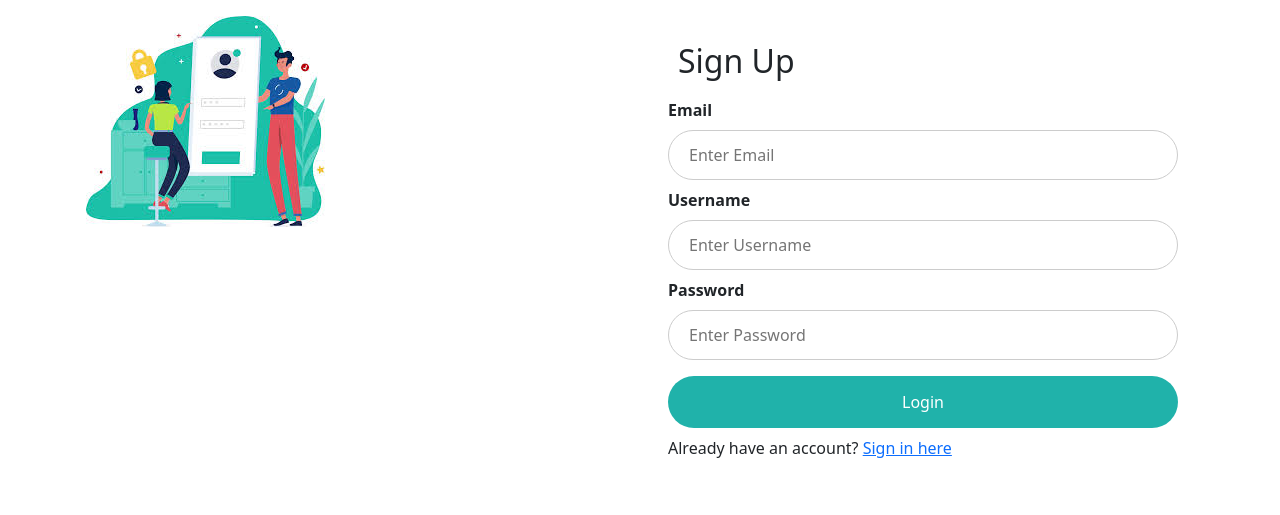
Repository: Sadia-Naveed-Shaikh/JavaScript-Website
Page: SignUp.html
The author's editor kept a copy of each file at every save. The page is drawn from the files as they stood at one save, then again after the next save.
The browser window is 1280 px wide. The pictures show the whole page.

Above is the page before, as saved 2021-10-27 15:03:05.

After the next save:
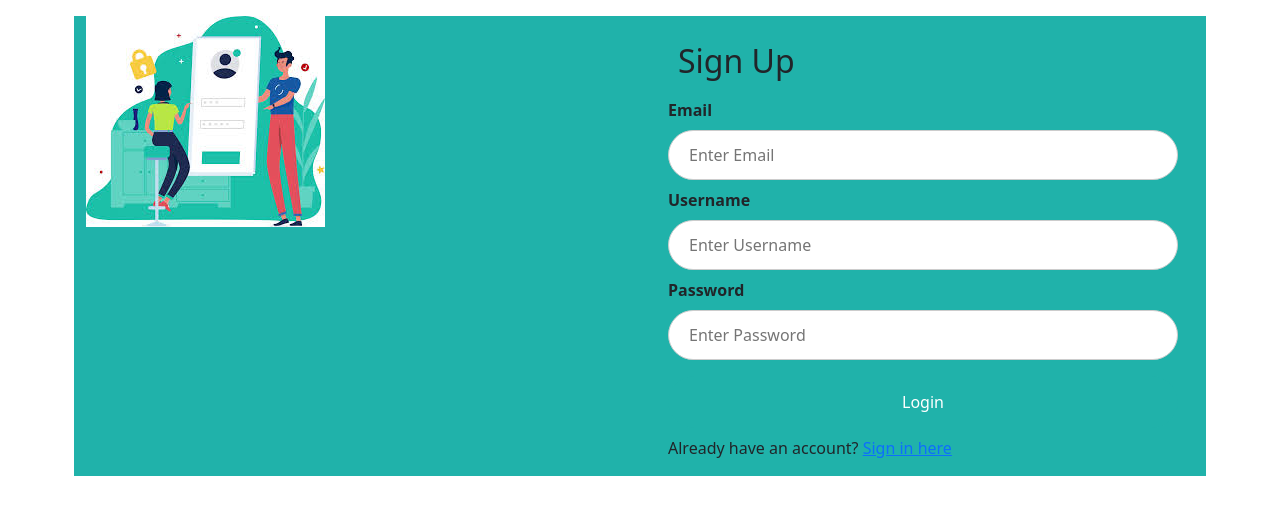
Saved 5 s later.
--- a/SignUp.html
+++ b/SignUp.html
@@ -62,7 +62,7 @@
             padding: 16px;
         }
         .row{
-
+            background-color: #20b2aa;
         }
     </style>
 </head>

After the save that followed:
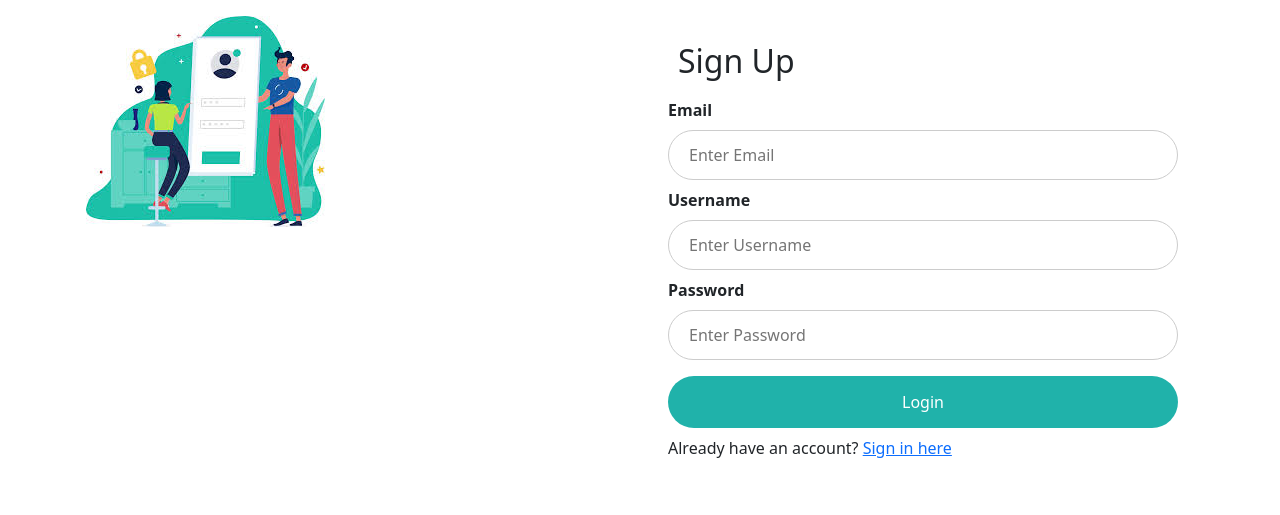
Saved 14 s later.
--- a/SignUp.html
+++ b/SignUp.html
@@ -62,7 +62,7 @@
             padding: 16px;
         }
         .row{
-            background-color: #20b2aa;
+            background-color: white;
         }
     </style>
 </head>
